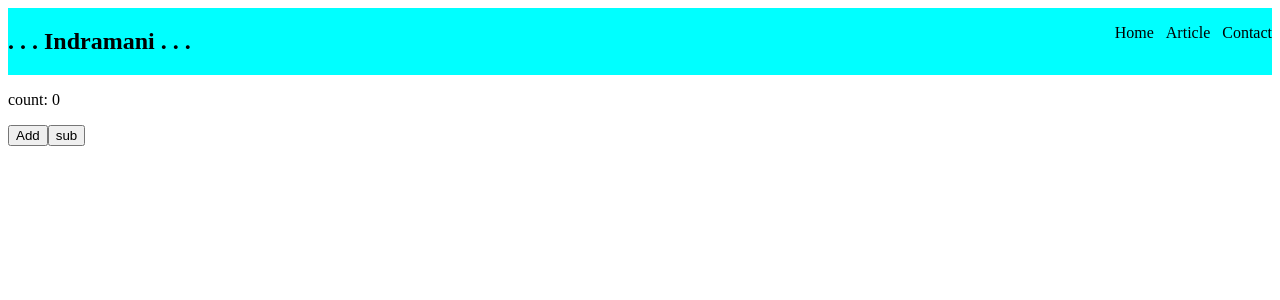
Repository: indramani7271/Indramani-First
Page: /
These files come from the project's save history. The page is drawn as it stood at one moment and after the next save; the edit follows.
The browser window is 1280 px wide. The pictures show the whole page.
The project was rebuilt for these pictures with package versions that can differ from the ones it lists, and the page was loaded fresh each time. Also part of the build but not shown: vite.config.js, src/Component/Main.jsx, src/Component/Footer.jsx, src/Component/Content.jsx, src/index.css.

Above is the page before, as saved 2024-12-02 18:10:14.

After the next save:
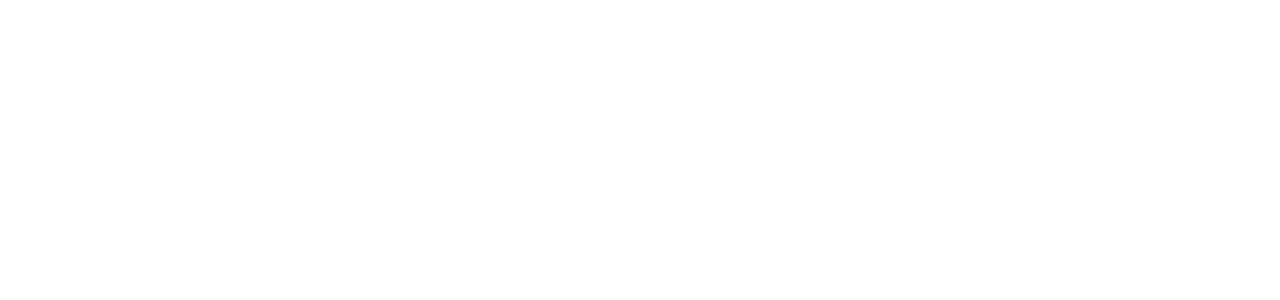
Console error: ReferenceError: reset is not defined
Saved 107 s later.
--- a/src/Component/Counter.jsx
+++ b/src/Component/Counter.jsx
@@ -18,6 +18,7 @@
 
             <button onClick ={add}> Add</button>
             <button onClick ={sub}> sub</button>
+            <button onClick ={reset}> reset</button>
         </div>
 
     )

After the save that followed:
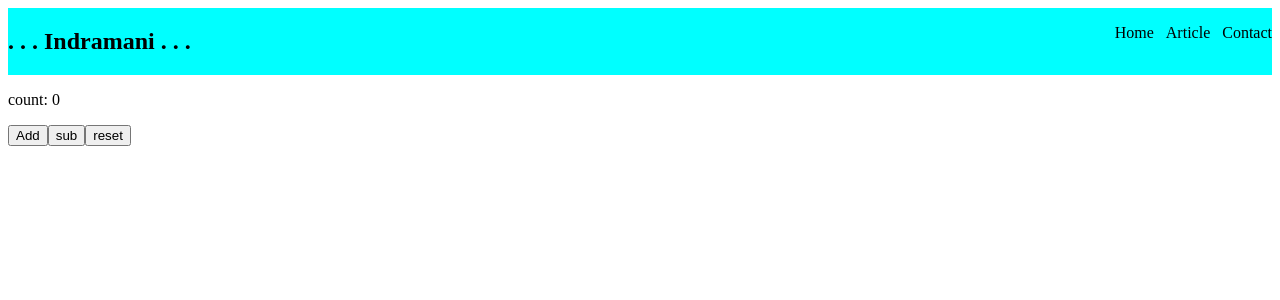
The error is gone.
Saved 118 s later.
--- a/src/Component/Counter.jsx
+++ b/src/Component/Counter.jsx
@@ -10,6 +10,9 @@
 }
 function sub(){
      setCount(count-1)
+}
+function reset(){
+    setCount(0)
 }
 
     return(
